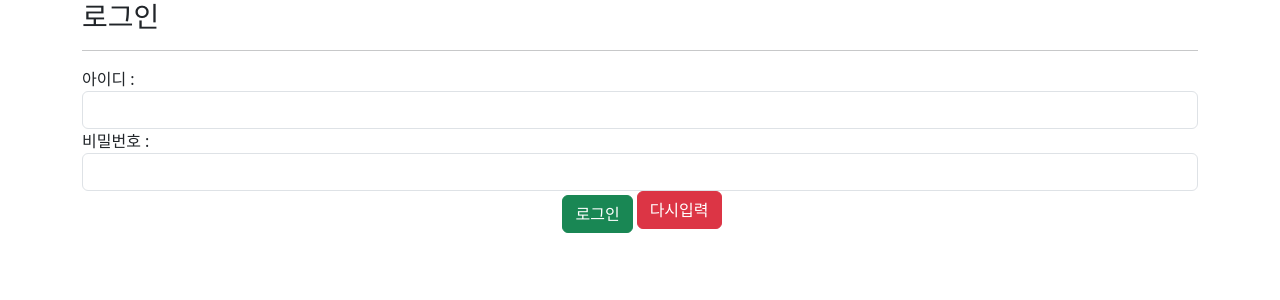
Repository: papepopopy/javascript
Page: http://localhost/webjsp/ex01/sample02/login_response.jsp
These files come from the project's save history. The page is drawn as it stood at one moment and after the next save; the edit follows.
The browser window is 1280 px wide. The pictures show the whole page.
The page is served by Tomcat 9. Nobody is signed in. The application's start-up code is not run. Other server files are loaded and not shown.

Above is the page before, as saved 2024-06-26 04:12:24.

### jspStudy/jspStudy/webjsp/src/main/webapp/ex01/sample02/login_response.jsp
<%@ page language="java" contentType="text/html; charset=UTF-8"
    pageEncoding="UTF-8"%>
<!DOCTYPE html>
<html>
<head>
<meta charset="UTF-8">
<title>클라이언트 로그인 View Page</title>
<link href="https://cdn.jsdelivr.net/npm/bootstrap@5.3.3/dist/css/bootstrap.min.css" rel="stylesheet" integrity="sha384-QWTKZyjpPEjISv5WaRU9OFeRpok6YctnYmDr5pNlyT2bRjXh0JMhjY6hW+ALEwIH" crossorigin="anonymous">
</head>
<body>
<div class="container">
		<div class="login">
			<h3>로그인</h3>
		    <hr>
		    <form action="/webjsp/login2" method="post">
		    	<div>
			    	<label>아이디 : </label>
			    	<input type="text" name="user_id" class="form-control">
		    	</div>
		    	<div>
			    	<label>비밀번호 : </label>
			    	<input type="password" name="user_pw" class="form-control">
		    	</div>
		    	<div class = "d-flex justify-content-center" >

			    	<div>
			    		<input type="submit" value="로그인" class="btn btn-success m-1">
			    	</div>
			    	<div>
			    		<input type="reset" value="다시입력" class="btn btn-danger">
			    	</div>
		    	</div>
		    </form>
		</div>
	</div>
</body>
</html>

After the next save:
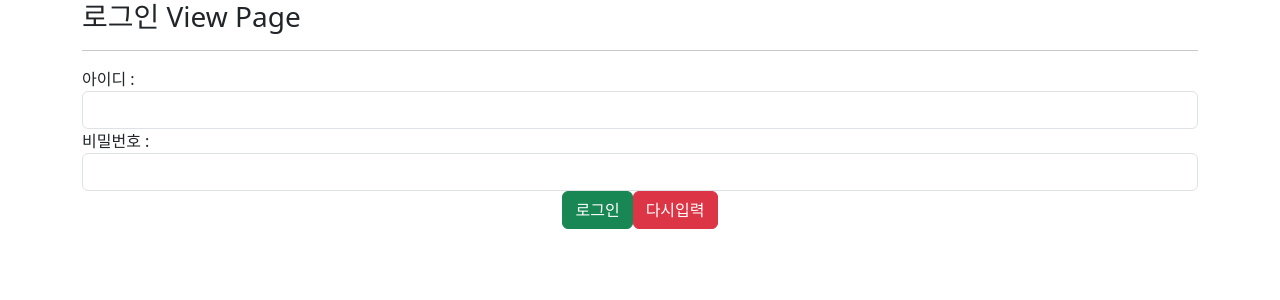
Saved 6 s later.
--- a/jspStudy/jspStudy/webjsp/src/main/webapp/ex01/sample02/login_response.jsp
+++ b/jspStudy/jspStudy/webjsp/src/main/webapp/ex01/sample02/login_response.jsp
@@ -10,7 +10,7 @@
 <body>
 <div class="container">
 		<div class="login">
-			<h3>로그인</h3>
+			<h3>로그인 View Page</h3>
 		    <hr>
 		    <form action="/webjsp/login2" method="post">
 		    	<div>
@@ -24,7 +24,7 @@
 		    	<div class = "d-flex justify-content-center" >
 
 			    	<div>
-			    		<input type="submit" value="로그인" class="btn btn-success m-1">
+			    		<input type="submit" value="로그인" class="btn btn-success">
 			    	</div>
 			    	<div>
 			    		<input type="reset" value="다시입력" class="btn btn-danger">
